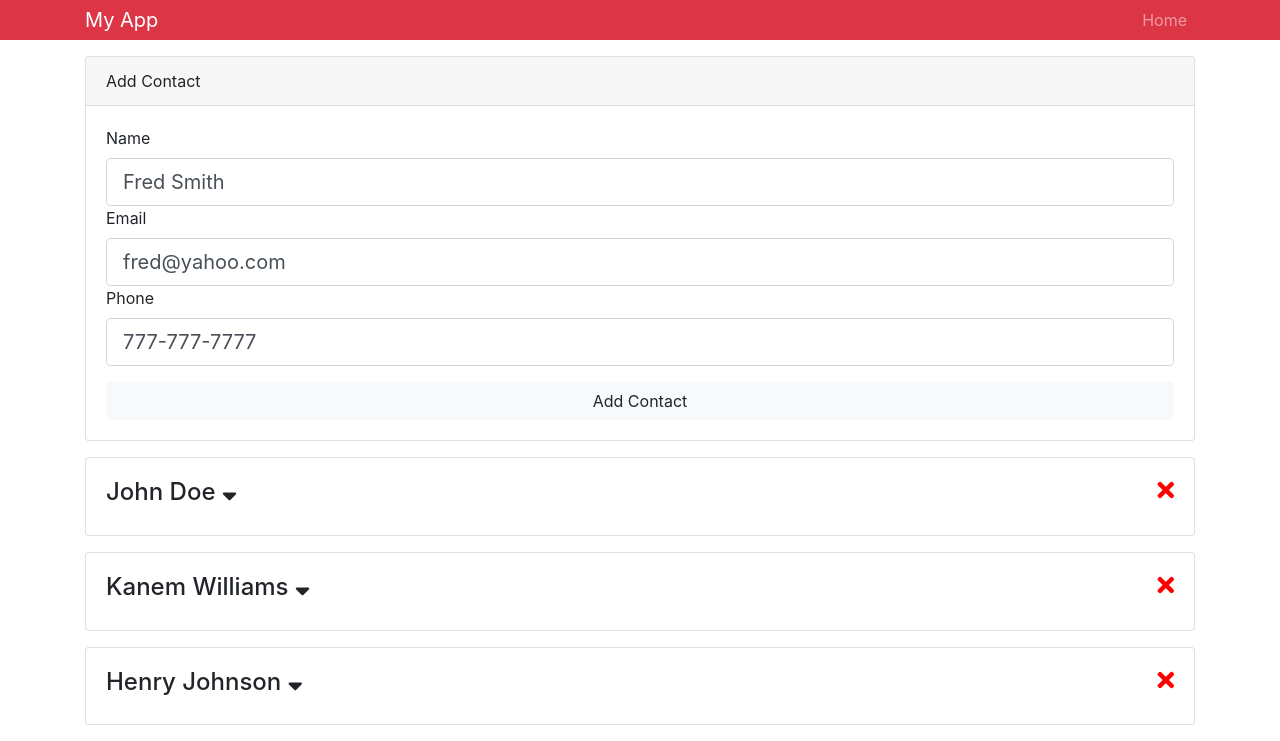
Repository: Mtbwka/contactmanager
Page: /
An editor plug-in stored every save of this project. The page is shown before and after a run of saves, followed by the edit.
The browser window is 1280 px wide. The pictures show the whole page.
Some web libraries are served in a nearby version. The project was rebuilt for these pictures with package versions that can differ from the ones it lists, and the page was loaded fresh each time.

Above is the page before, as saved 2019-05-08 18:41:57.

After the next 2 saves:
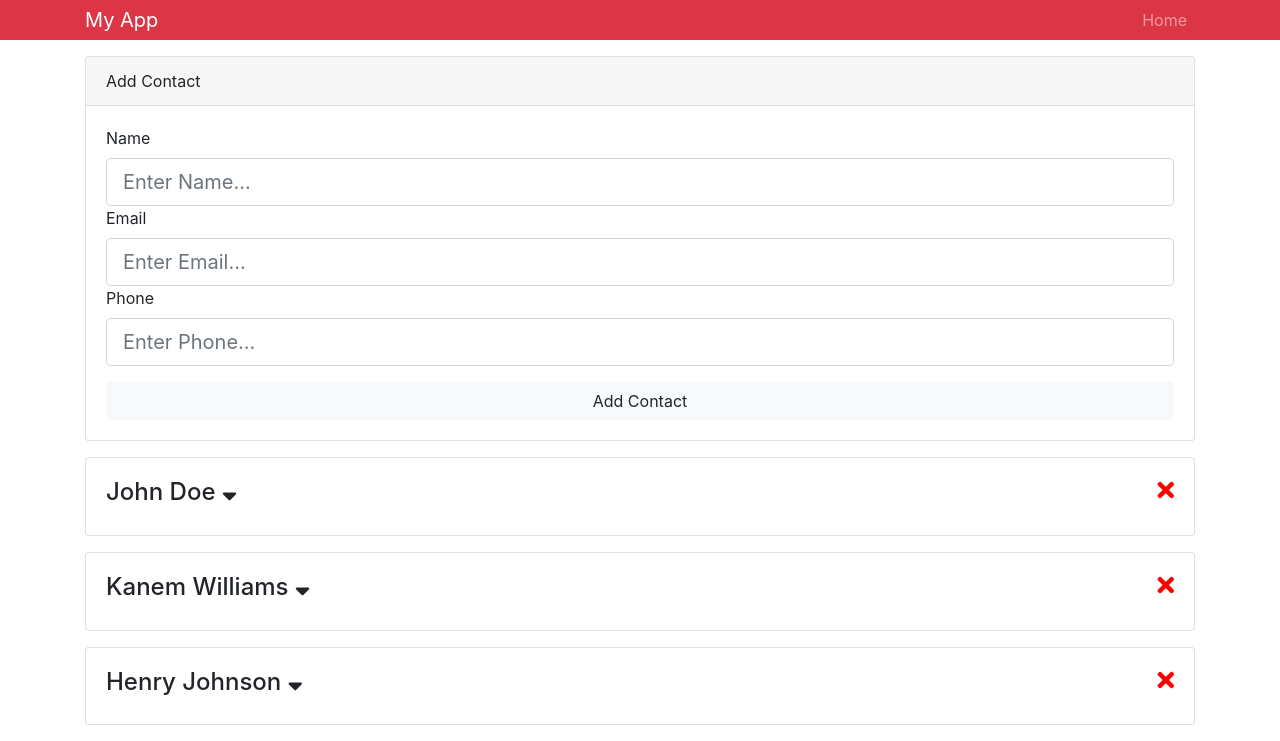
The 2 saves are shown as one change because 1 did not build or start.
The last was saved 2 min 57 s later.
--- a/src/components/contacts/AddContact.js
+++ b/src/components/contacts/AddContact.js
@@ -1,32 +1,22 @@
 import React, { Component } from 'react';
+import { Consumer } from '../../context';
 
 class AddContact extends Component {
-  constructor(props) {
-    super(props);
+  state = {
+    name: '',
+    email: '',
+    phone: ''
+  };
 
-    this.nameInput = React.createRef();
-    this.emailInput = React.createRef();
-    this.phoneInput = React.createRef();
-  }
   onSubmit = e => {
     e.preventDefault();
-    const contact = {
-      name: this.nameInput.current.value,
-      email: this.emailInput.current.value,
-      phone: this.phoneInput.current.value
-    };
-
-    console.log(contact);
+    console.log(this.state);
   };
 
-  static defaultProps = {
-    name: 'Fred Smith',
-    email: 'fred@yahoo.com',
-    phone: '777-777-7777'
-  };
+  onChange = e => this.setState({ [e.target.name]: e.target.value });
 
   render() {
-    const { name, email, phone } = this.props;
+    const { name, email, phone } = this.state;
     return (
       <div className='card mb-3'>
         <div className='card-header'>Add Contact</div>
@@ -39,8 +29,8 @@ class AddContact extends Component {
                 className='form-control form-control-lg'
                 name='name'
                 placeholder='Enter Name...'
-                defaultValue={name}
-                ref={this.nameInput}
+                value={name}
+                onChange={this.onChange}
               />
               <label htmlFor='email'>Email</label>
               <input
@@ -48,8 +38,8 @@ class AddContact extends Component {
                 className='form-control form-control-lg'
                 name='email'
                 placeholder='Enter Email...'
-                defaultValue={email}
-                ref={this.emailInput}
+                value={email}
+                onChange={this.onChange}
               />
               <label htmlFor='name'>Phone</label>
               <input
@@ -57,8 +47,8 @@ class AddContact extends Component {
                 className='form-control form-control-lg'
                 name='phone'
                 placeholder='Enter Phone...'
-                defaultValue={phone}
-                ref={this.phoneInput}
+                value={phone}
+                onChange={this.onChange}
               />
             </div>
             <input
